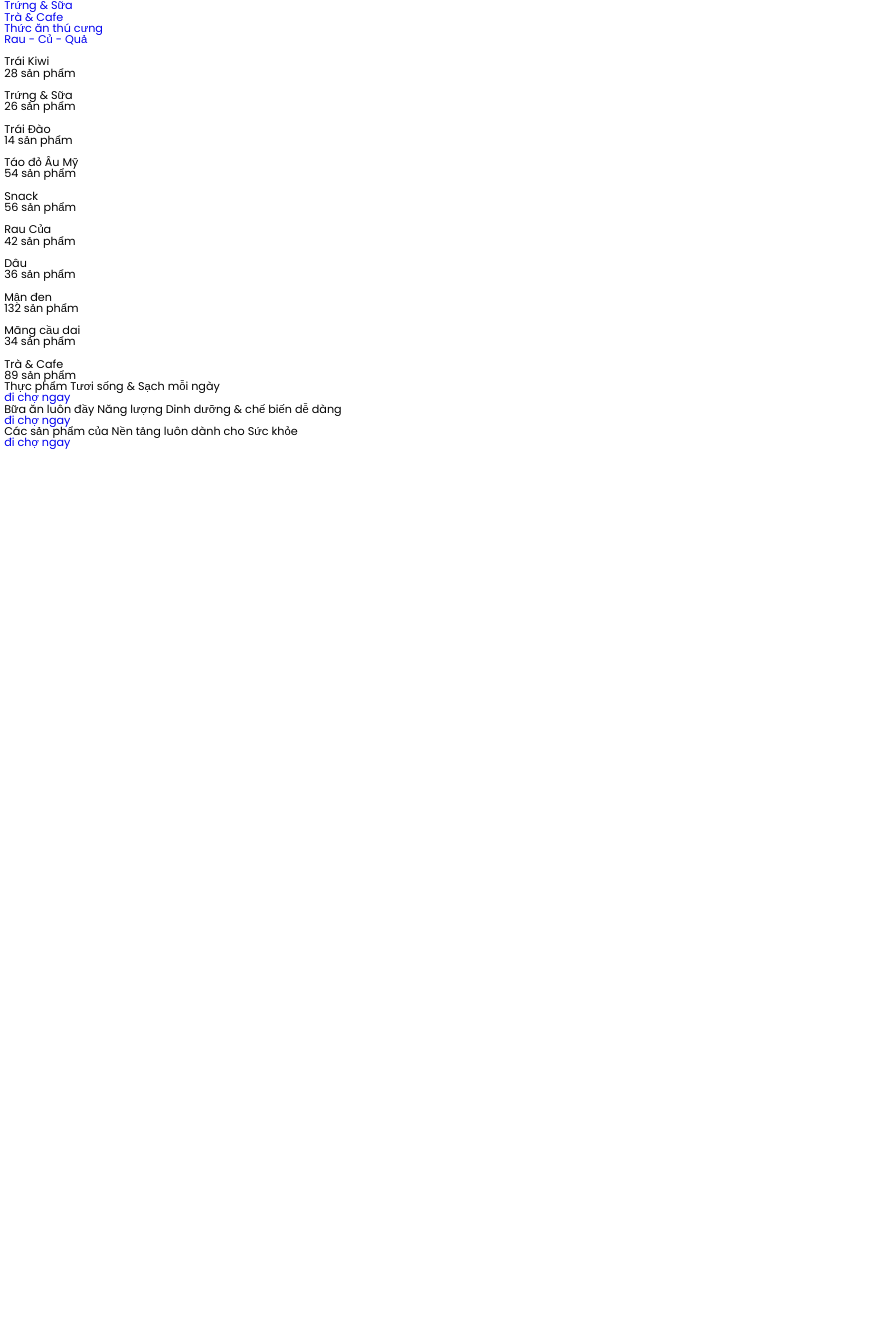
Repository: DucNghia2004/project_pro_01
Page: index.html
An editor plug-in stored every save of this project. The page is shown before and after the next save, followed by the edit.
The browser window is 1280 px wide. The pictures show the part of the page from y = 779 to 2679 px (the page is 10285 px tall), at 70% of full size.
A picture or video elsewhere on the page could not be fetched, so the positions and the page height are approximate.

Above is the page before, as saved 2024-05-31 09:10:07.

After the next save:
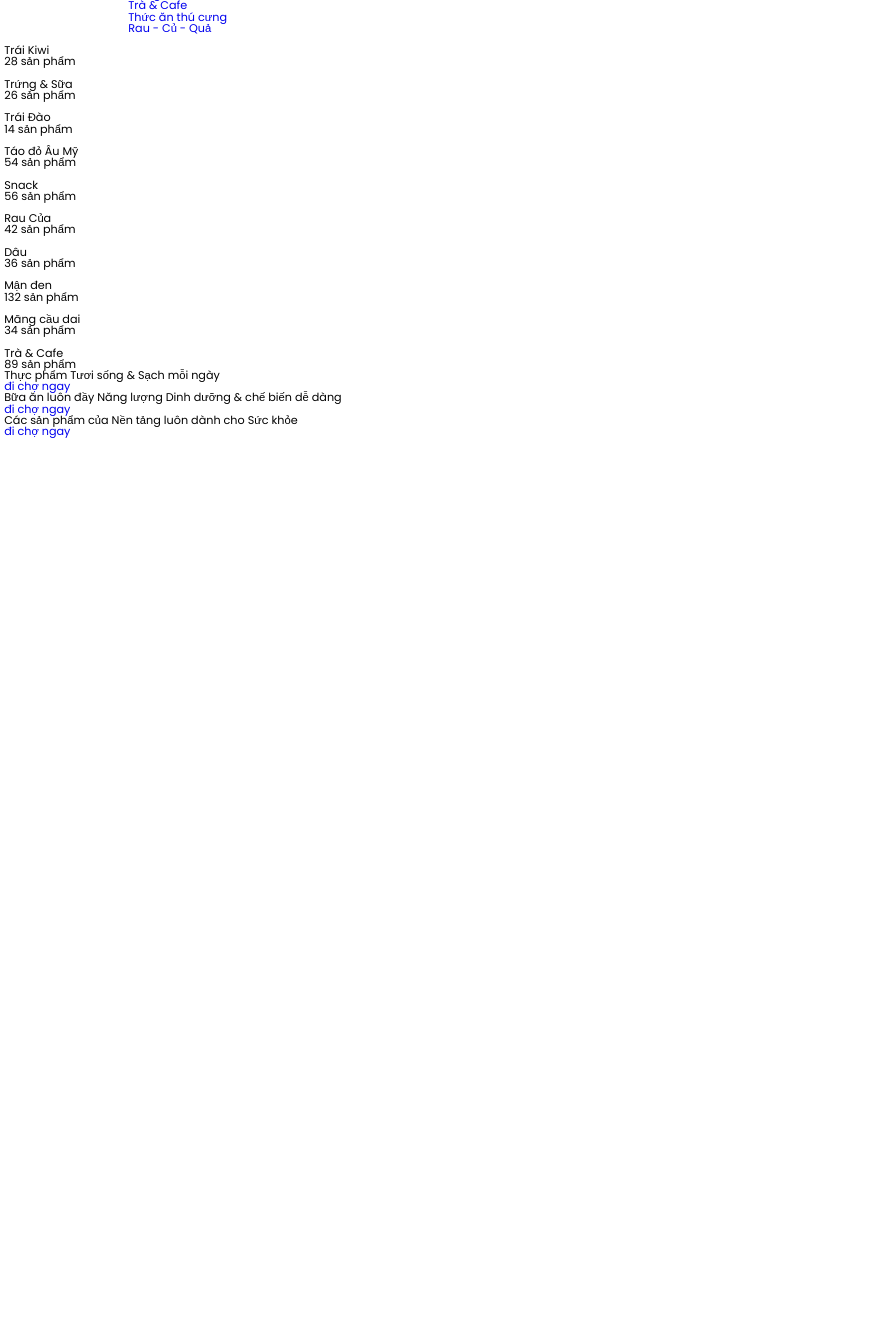
Saved 33 s later.
--- a/assets/css/styles.css
+++ b/assets/css/styles.css
@@ -463,3 +463,7 @@ a {
 .menu {
     margin-top: 46px;
 }
+
+.menu-outstanding {
+    display: flex;
+}
